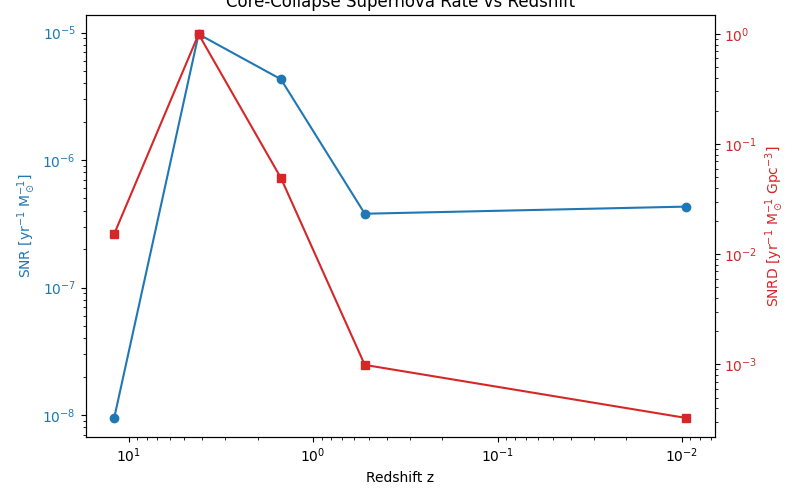
Repository: dan-tipton/Final-Year-Project
Script's output: python test.py
The author's editor kept a copy of each file at every save. The script's output is drawn from the files as they stood at one save, then again after a run of saves.
Random numbers start from a fixed seed.

Above is the script's output before, as saved 2026-03-01 17:37:32.

### test.py
import matplotlib.pyplot as plt

# Data
snapshots = [2, 20, 40, 66, 98]
redshift = [11.980213315300292, 4.176834914726472, 1.4955121664955555, 0.524565820433923, 0.0095216669679447]
snr = [9.486045606326206e-09, 9.719088121678308e-06, 4.308394581349844e-06, 3.793799298528693e-07, 4.3146475576677437e-07]
snrd = [0.01528559976933945, 0.9935054509474583, 0.049334000331017626, 0.0009905232538958886, 0.00032707251187467153]

# Plotting
fig, ax1 = plt.subplots(figsize=(8,5))

color = 'tab:blue'
ax1.set_xlabel('Redshift z')
ax1.set_ylabel('SNR [yr$^{-1}$ M$_\odot^{-1}$]', color=color)
ax1.plot(redshift, snr, marker='o', color=color, label='SNR per mass')
ax1.tick_params(axis='y', labelcolor=color)
ax1.set_yscale('log')
ax1.set_xscale('log')
ax1.invert_xaxis()  # Redshift decreasing to the right

ax2 = ax1.twinx()
color = 'tab:red'
ax2.set_ylabel('SNRD [yr$^{-1}$ M$_\odot^{-1}$ Gpc$^{-3}$]', color=color)
ax2.plot(redshift, snrd, marker='s', color=color, label='SNRD per volume')
ax2.tick_params(axis='y', labelcolor=color)
ax2.set_yscale('log')

fig.tight_layout()
plt.title('Core-Collapse Supernova Rate vs Redshift')
plt.show()

After the next 2 saves:
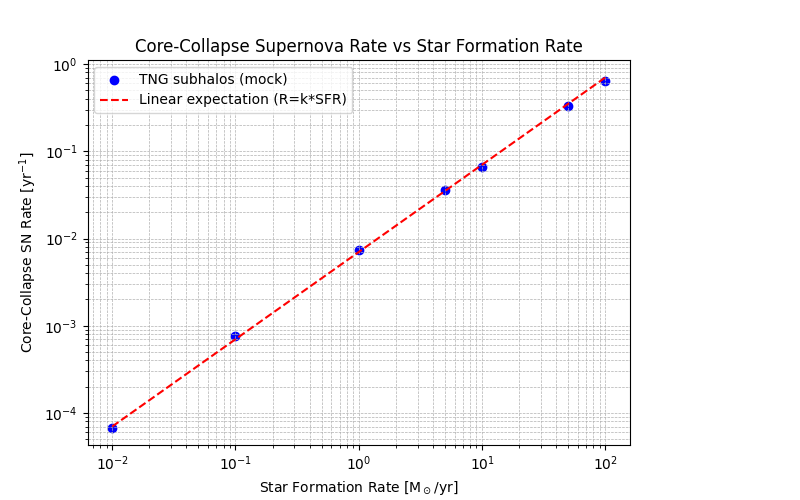
The 2 saves are shown as one change because 1 did not build or start.
The last was saved 4 min 1 s later.
--- a/test.py
+++ b/test.py
@@ -1,30 +1,25 @@
+import numpy as np
 import matplotlib.pyplot as plt
 
-# Data
-snapshots = [2, 20, 40, 66, 98]
-redshift = [11.980213315300292, 4.176834914726472, 1.4955121664955555, 0.524565820433923, 0.0095216669679447]
-snr = [9.486045606326206e-09, 9.719088121678308e-06, 4.308394581349844e-06, 3.793799298528693e-07, 4.3146475576677437e-07]
-snrd = [0.01528559976933945, 0.9935054509474583, 0.049334000331017626, 0.0009905232538958886, 0.00032707251187467153]
+# Example TNG subhalo SFRs (M_sun/yr) - just illustrative values for demonstration
+sfr = np.array([0.01, 0.1, 1, 5, 10, 50, 100])
+# CCSN rate (yr^-1) = k * SFR, k ~ 0.007 SN/M_sun formed
+k = 0.007
+ccsn_rate = k * sfr
 
-# Plotting
-fig, ax1 = plt.subplots(figsize=(8,5))
+# Introduce some scatter to simulate variation between subhalos
+np.random.seed(42)
+ccsn_rate_scatter = ccsn_rate * (1 + 0.2 * (np.random.rand(len(sfr)) - 0.5))  # ±10% scatter
 
-color = 'tab:blue'
-ax1.set_xlabel('Redshift z')
-ax1.set_ylabel('SNR [yr$^{-1}$ M$_\odot^{-1}$]', color=color)
-ax1.plot(redshift, snr, marker='o', color=color, label='SNR per mass')
-ax1.tick_params(axis='y', labelcolor=color)
-ax1.set_yscale('log')
-ax1.set_xscale('log')
-ax1.invert_xaxis()  # Redshift decreasing to the right
-
-ax2 = ax1.twinx()
-color = 'tab:red'
-ax2.set_ylabel('SNRD [yr$^{-1}$ M$_\odot^{-1}$ Gpc$^{-3}$]', color=color)
-ax2.plot(redshift, snrd, marker='s', color=color, label='SNRD per volume')
-ax2.tick_params(axis='y', labelcolor=color)
-ax2.set_yscale('log')
-
-fig.tight_layout()
-plt.title('Core-Collapse Supernova Rate vs Redshift')
+# Plot
+plt.figure(figsize=(7,5))
+plt.scatter(sfr, ccsn_rate_scatter, color='blue', label='TNG subhalos (mock)')
+plt.plot(sfr, ccsn_rate, color='red', linestyle='--', label='Linear expectation (R=k*SFR)')
+plt.xscale('log')
+plt.yscale('log')
+plt.xlabel('Star Formation Rate [M$_\odot$/yr]')
+plt.ylabel('Core-Collapse SN Rate [yr$^{-1}$]')
+plt.title('Core-Collapse Supernova Rate vs Star Formation Rate')
+plt.legend()
+plt.grid(True, which='both', ls='--', lw=0.5)
 plt.show()
